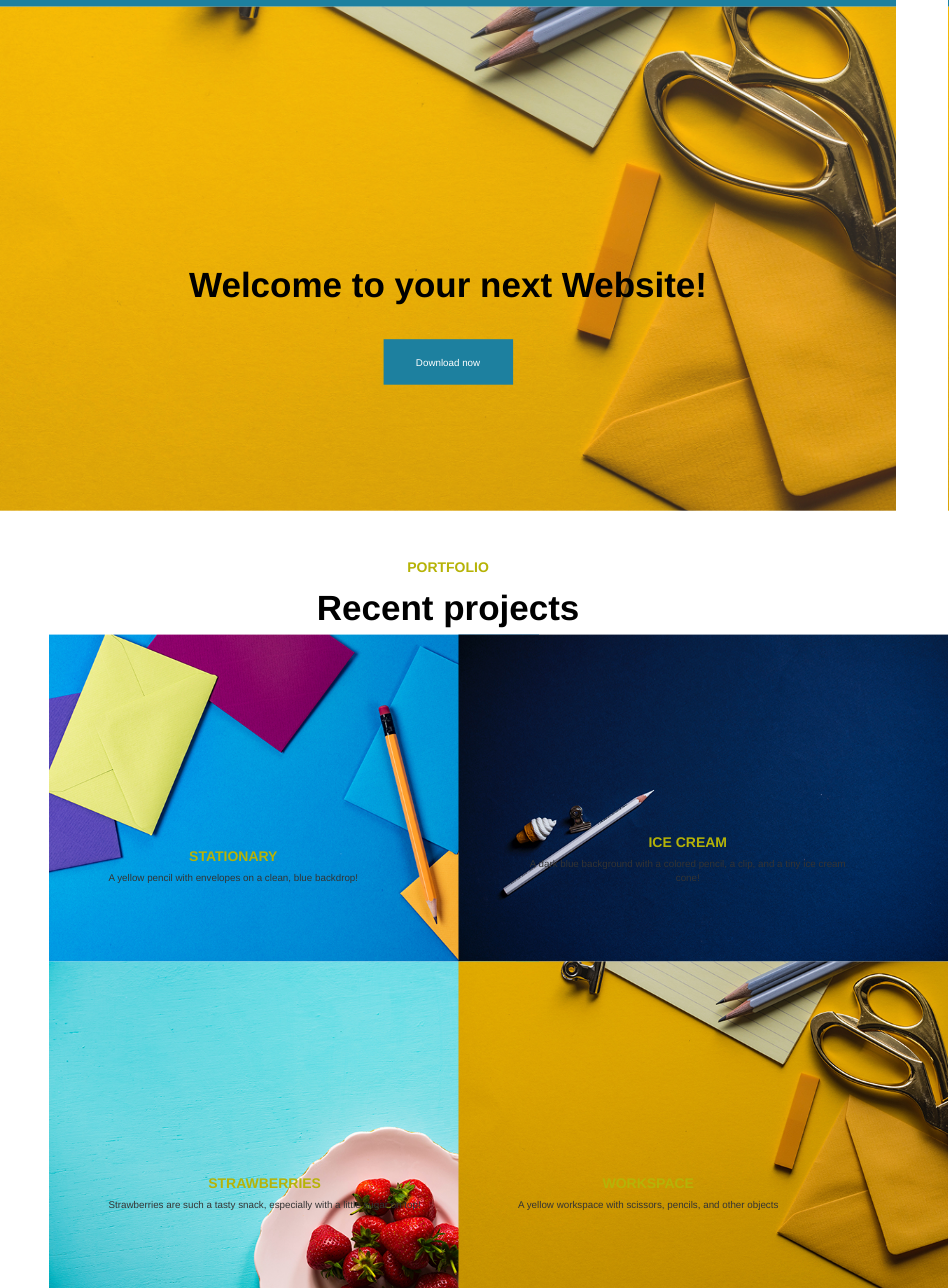
Repository: codin-full-stack/tomasz
Page: http://localhost/tomasz/portfolio/index.php
An editor plug-in stored every save of this project. The page is shown before and after a run of saves, followed by the edit.
The browser window is 1280 px wide. The page is 1355 px wide, so the pictures cover 1355 px, including what lies to the right of the window. The pictures show the part of the page from y = 1702 to 3542 px (the page is 3542 px tall), at 70% of full size.
Some web libraries are served in a nearby version. The page is run by PHP 8.4 with error messages shown; the project is at /var/www/html/.

Above is the page before, as saved 2018-10-23 09:17:21.

### portfolio/index.php
<!DOCTYPE html>
<html lang="en">
  <head>
    <meta charset="utf-8">
    <meta name="viewport" content="width=device-width, initial-scale=1, shrink-to-fit=no">
    <link rel="stylesheet" href="styles.css">
    <!-- Latest compiled and minified CSS -->
    <link rel="stylesheet" href="https://maxcdn.bootstrapcdn.com/bootstrap/3.3.7/css/bootstrap.min.css">
    <link rel="stylesheet" href="https://use.fontawesome.com/releases/v5.4.1/css/all.css" integrity="sha384-5sAR7xN1Nv6T6+dT2mhtzEpVJvfS3NScPQTrOxhwjIuvcA67KV2R5Jz6kr4abQsz" crossorigin="anonymous">
    <!-- jQuery library -->
    <script src="https://ajax.googleapis.com/ajax/libs/jquery/3.3.1/jquery.min.js"></script>
    <!-- Latest compiled JavaScript -->
    <script src="https://maxcdn.bootstrapcdn.com/bootstrap/3.3.7/js/bootstrap.min.js"></script>
  </head>

<body>
    <section class="first">
      <div class="container-fluid flex">
        <div class="textbox">
        <h1 class="maintext">Stylish portfolio</h1>
        <h2 class="secondtext"><i>A free Bootstrap Theme by Start Bootstrap</i></h2>
        <button class="button">Find Out More</button>
        </div>
      </div>
    </section>

    <section class="second">
      <div class="container-fluid flex">
        <div class="textbox2">
          <h1 class="maintext2">Stylish portfolio is the perfect theme for your next project!</h1>
          <h2 class="secondtext2"><i>This theme features is flexible, UX friendly sidebar menu and stock photos from your friends at Unsplash!</i></h2>
          <button class="button2">What We Offer</button>
        </div>
      </div>
    </section>

    <section class="third">
      <div class="container flex">
        <div class="textbox3">
        <h2 class="secondtext3">SERVICES</h2>
        <h1 class="maintext3">What We Offer</h1>
          <div class="row">
              <div class="col-md-3">
                <div class="iconframe"></div>
                <p class="maintext4">Responsive</p>
                <p class="secondtext4">Looks great on any screen size!</p>
              </div>
              <div class="col-md-3">
              <div class="iconframe"></div>
                <p class="maintext4">Redesigned</p>
                <p class="secondtext4">Freshly design for Boostrap 4.</p>
              </div>
              <div class="col-md-3">
                <div class="iconframe"></div>
                  <p class="maintext4">Favorited</p>
                  <p class="secondtext4">Million of users (icon) Boostrap!</p>

              </div>
              <div class="col-md-3">
                <div class="iconframe"></div>
                  <p class="maintext4">Question</p>
                  <p class="secondtext4">I mustache you a question..</p>
              </div>
            </div>
        </div>
      </div>
    </section>

        <section class="fourth">
      <div class="container-fluid flex">
        <div class="textbox4">
        <h1 class="maintext5">Welcome to your next Website!</h1>
        <button class="button">Download now</button>
        </div>
      </div>
    </section>

<section class="fifth">
      <div class="container flex">
        <div class="textbox5">
        <h2 class="secondtext5">PORTFOLIO</h2>
        <h1 class="maintext5">Recent projects</h1>
          <div class="row">
              <div class="col-md-6">
                <img src="images/portfolio-1.jpg" alt="">
                  <div class="photobox">
                  <h2 class="maintext6">STATIONARY</h2>
                  <p class="secondtext6">A yellow pencil with envelopes on a clean, blue backdrop!</p>
                  </div>
              </div>
              <div class="col-md-6">
              <img src="images/portfolio-2.jpg" alt="">
                <div class="photobox">
                  <h2 class="maintext6">ICE CREAM</h2>
                  <p class="secondtext6">A dark blue background with a colored pencil, a clip, and a tiny ice cream cone!</p>
                </div>
              </div>
            </div>
            <div class="row">
              <div class="col-md-6">
              <img src="images/portfolio-3.jpg" alt="">
                <div class="photobox">
                  <h2 class="maintext6">STRAWBERRIES</h2>
                  <p class="secondtext6">Strawberries are such a tasty snack, especially with a little sugar on top!</p>
                </div>
              </div>
              <div class="col-md-6">
                <img src="images/portfolio-4.jpg" alt="">
                  <div class="photobox">
                    <h2 class="maintext6">WORKSPACE</h2>
                    <p class="secondtext6">A yellow workspace with scissors, pencils, and other objects</p>
                </div>
              </div>
            </div>
        </div>
      </div>
    </section>





</body>



























</html>

### portfolio/styles.css
body {
    /* width: 100vw;
    height: 100vh; */
}

.first {
    height: 100vh;
    display: flex;
    width: 100%;
    background-image: url("images/bg-masthead.jpg");
    background-position: left;
    background-repeat: no-repeat;
    background-size: cover;
}

.second {
    padding: 120px 0;
    background-color: #ffffff;

}
.third {
    background-color: #1d809f;
    height: 550px;
}

.fourth {
    height: 100vh;
    background-image: url("images/bg-callout.jpg");
    background-position: left;
    background-repeat: no-repeat;
    background-size: cover;
}
.fifth {
    /* height: 100vh; */

}

.textbox {
    width: 650px;
    align-self: center;
    text-align: center;
    margin: 0 auto;
}
.textbox2 {

    width: 840px;
    align-self: center;
    text-align: center;
    margin: 0 auto;
}

.textbox3 {
    padding-top: 100px;
    align-self: center;
    text-align: center;
    margin: 0 auto;
}
.textbox4 {
    padding-top: 350px;
    align-self: center;
    text-align: center;
    margin: 0 auto;
}
.textbox5 {
    padding-top: 50px;
    align-self: center;
    text-align: center;
    margin: 0 auto;
}

.first h1 {
    font-size: 85px;
}

.first h2 {
    font-size: 30px;
}

.second h1 {
    font-size: 26px;
    font-weight: 750;
}
.second h2 {
    font-size: 16px;
    font-weight: 750;
}
.third h2 {
    font-size: 20px;
    font-weight: bold;
    color: #b6b307;
}

.third h1 {
    font-size: 50px;
    font-weight: bold;
    color: #ffffff;
}
.fourth h1 {
    font-size: 50px;
    font-weight: bold;
    color: #000000;
}

.maintext4 {
    font-size: 30px;
    font-weight: bold;
    color: #ffffff;
}

.secondtext4 {
    font-size: 20px;
    font-weight: bold;
    color: #bcd4d1;
}

.fifth h2 {
    font-size: 20px;
    font-weight: bold;
    color: #b6b307;
}

.fifth h1 {
    font-size: 50px;
    font-weight: bold;
    color: #000000;
}

.photobox h2 {

}
.container-fluid {

}

.flex {
    display: flex;
}

.button {
    width: 185px;
    height: 65px;
    background-color: #1d809f;
    border: none;
    color: #ffffff;
    align-self: center;
    margin-top: 40px;
}

.button2 {
    width: 185px;
    height: 65px;
    background-color: #000000;
    border: none;
    color: #ffffff;
    margin-top: 40px;
}

.iconframe {
    height: 120px;
    width: 120px;
    background-color: #ffffff;
    border-radius: 100%;
    display: inline-block;
}

.photobox {
    position: absolute;
    bottom: 100px;
    left: 100px;
}

After the next 3 saves:
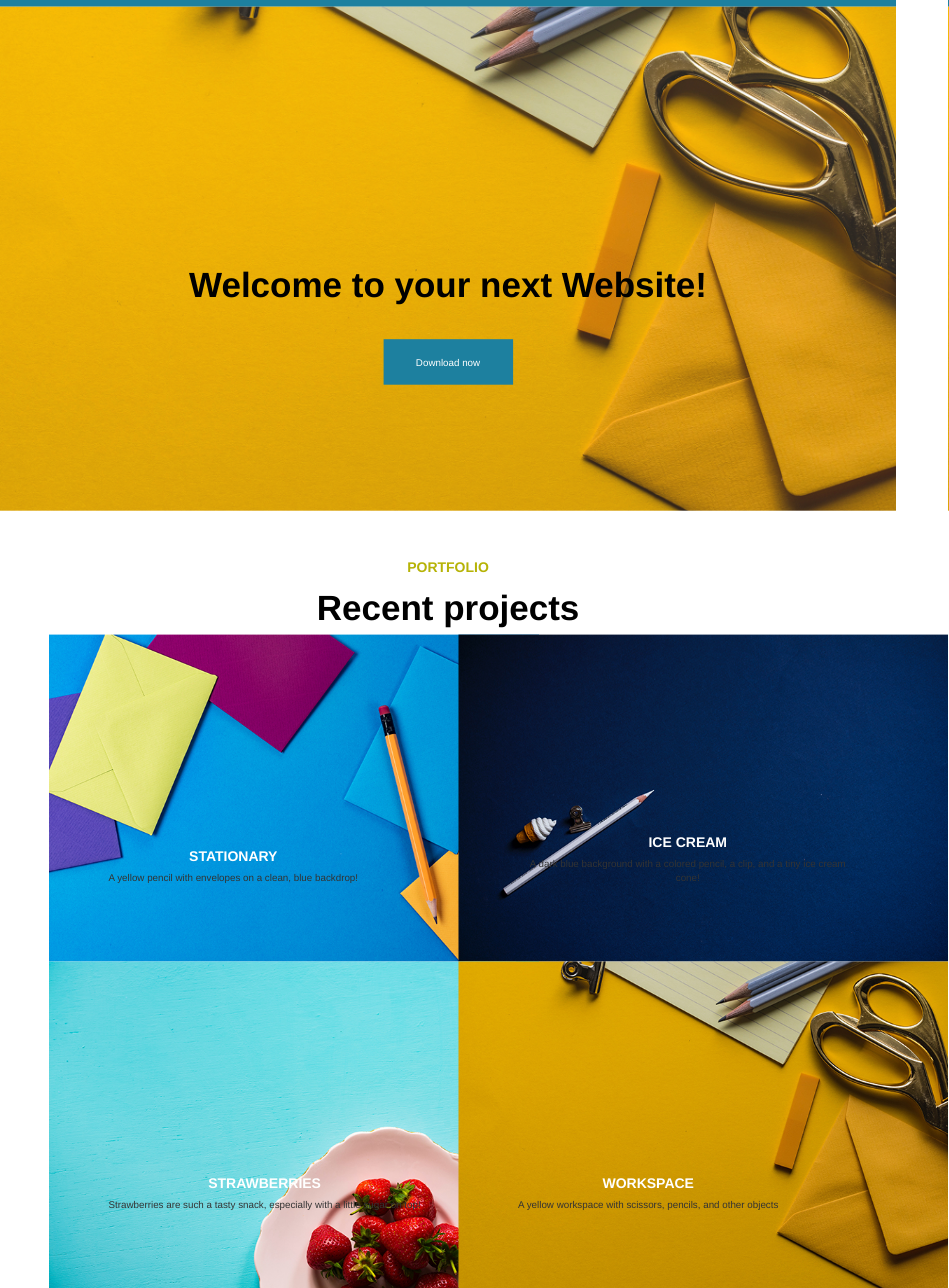
The 3 saves are shown as one change because they came seconds apart.
The last was saved 7 s later.
--- a/portfolio/styles.css
+++ b/portfolio/styles.css
@@ -126,7 +126,7 @@ body {
 }
 
 .photobox h2 {
-
+    color: #ffffff;
 }
 .container-fluid {
 
